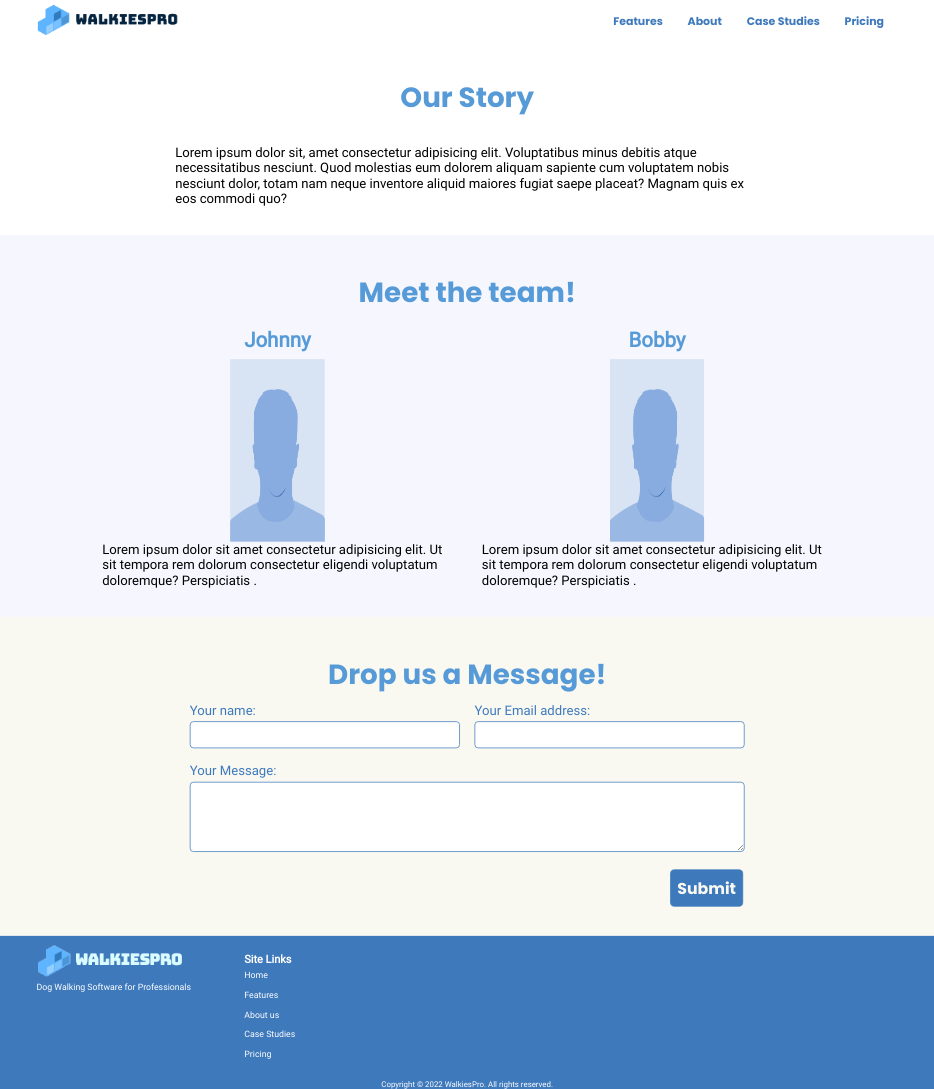
Repository: StevieC87/LAYOUT4
Page: about-us.html
These files come from the project's save history. The page is drawn as it stood at one moment and after the next save; the edit follows.
The browser window is 1280 px wide. The pictures show the whole page, at 73% of full size.

Above is the page before, as saved 2022-01-08 20:52:09.

After the next save:
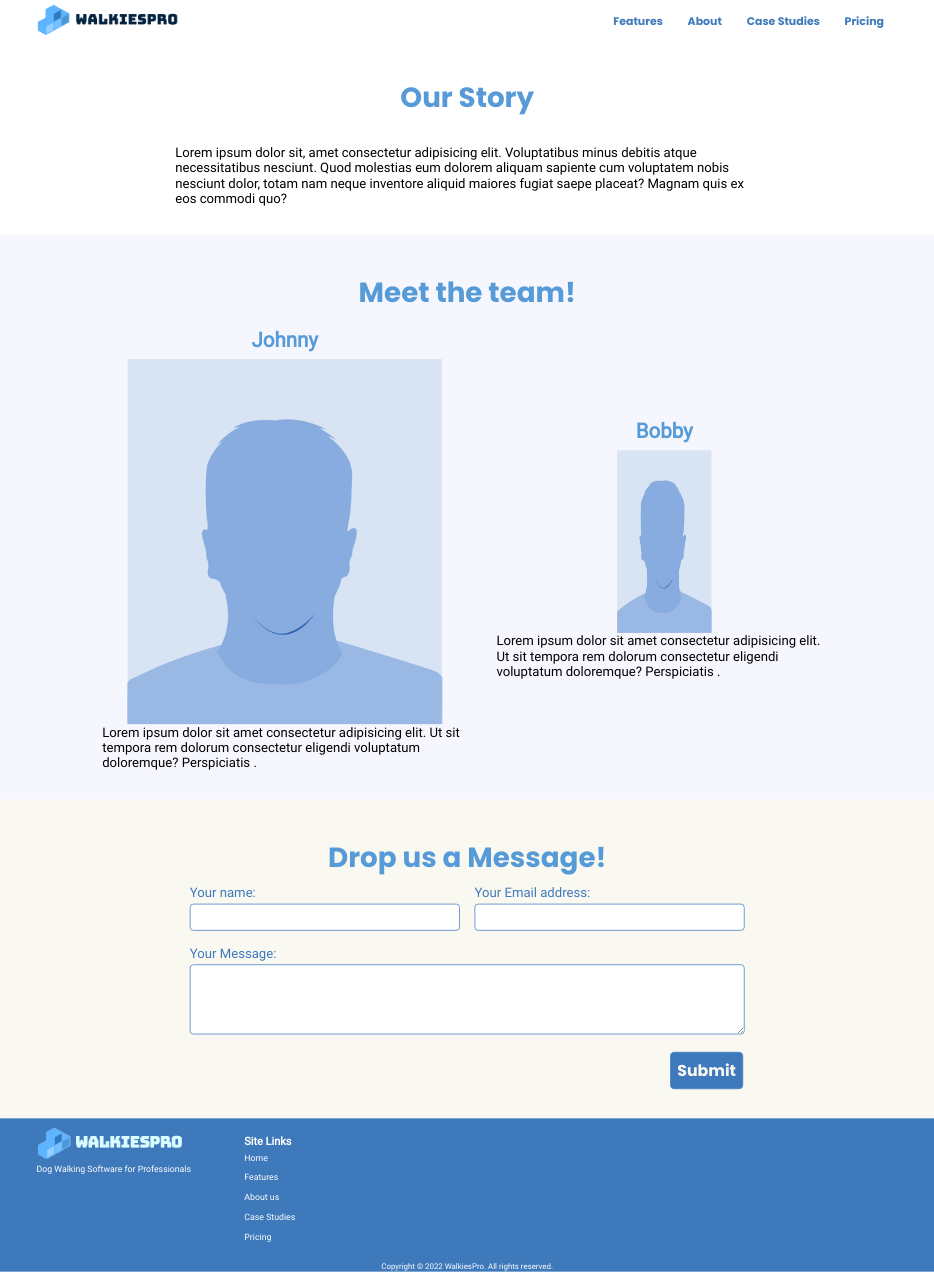
Saved 45 s later.
--- a/about-us.html
+++ b/about-us.html
@@ -66,7 +66,7 @@
             <div class="meettheteamprofile">
               <div class="meetTeamTrofileTitle"><h3 class="centertext">Johnny</h3> </div>
               <div class="imageprofile">
-                <img src="images/profileblank.png" width="150px" alt="" height="250px"  class="centerimg">
+                <img src="images/profileblank.png"   class="centerimg">
               </div>
               <div class="profiletext">Lorem ipsum dolor sit amet consectetur adipisicing elit. Ut sit tempora rem dolorum consectetur eligendi voluptatum doloremque? Perspiciatis .</div>
 
